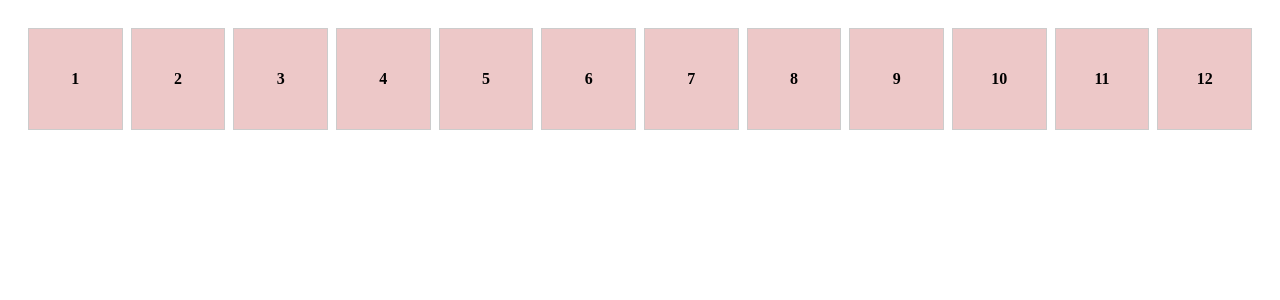
Repository: Yeshwanth-189/little-lemon
Page: / (app in little-lemon/)
These files come from the project's save history. The page is drawn as it stood at one moment and after the next save; the edit follows.
The browser window is 1280 px wide. The pictures show the whole page.
The project was rebuilt for these pictures with package versions that can differ from the ones it lists, and the page was loaded fresh each time.

Above is the page before, as saved 2025-04-26 15:19:44.

After the next save:
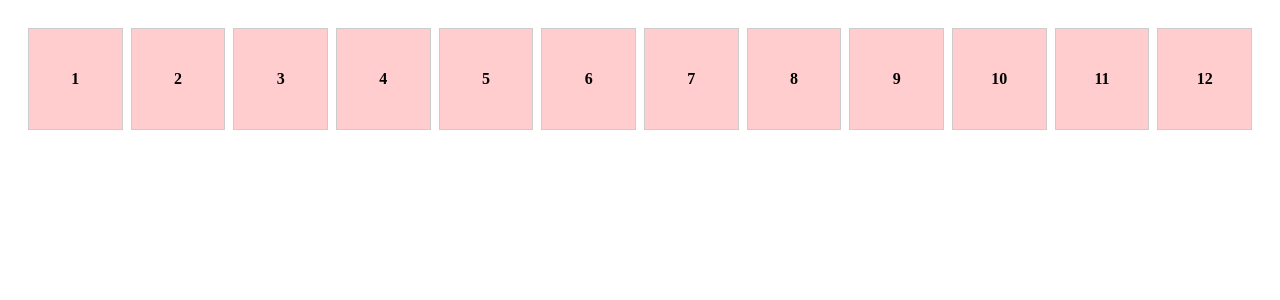
Saved 11 s later.
--- a/little-lemon/src/App.css
+++ b/little-lemon/src/App.css
@@ -8,7 +8,7 @@
 
 /* Each column item */
 .column {
-  background-color: rgb(237, 200, 200);
+  background-color: rgb(255, 205, 205);
   border: 1px solid #ccc;
   min-height: 100px; /* just to see the box */
   display: flex;
